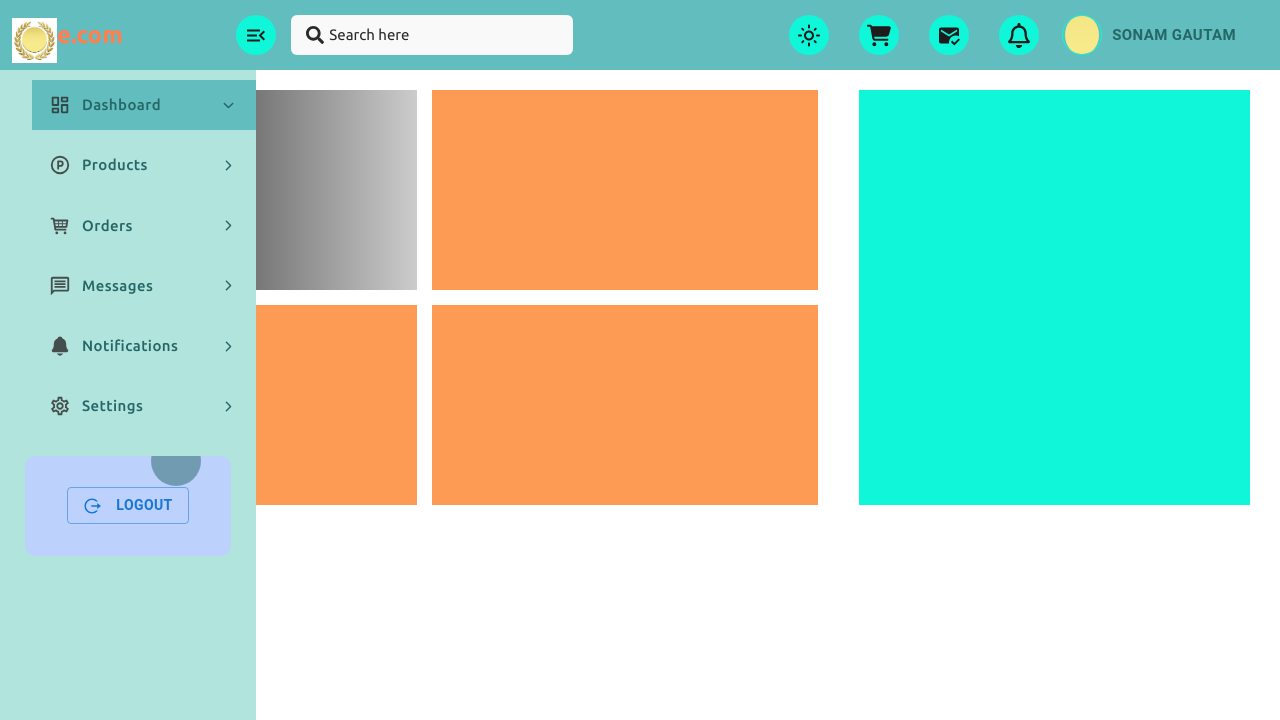
Repository: gautamsonam011/admin-react-dashboard
Page: /
An editor plug-in stored every save of this project. The page is shown before and after the next save, followed by the edit.
The browser window is 1280 px wide. The pictures show the whole page.
The project was rebuilt for these pictures with package versions that can differ from the ones it lists, and the page was loaded fresh each time.

Above is the page before, as saved 2025-04-16 13:09:42.

After the next save:
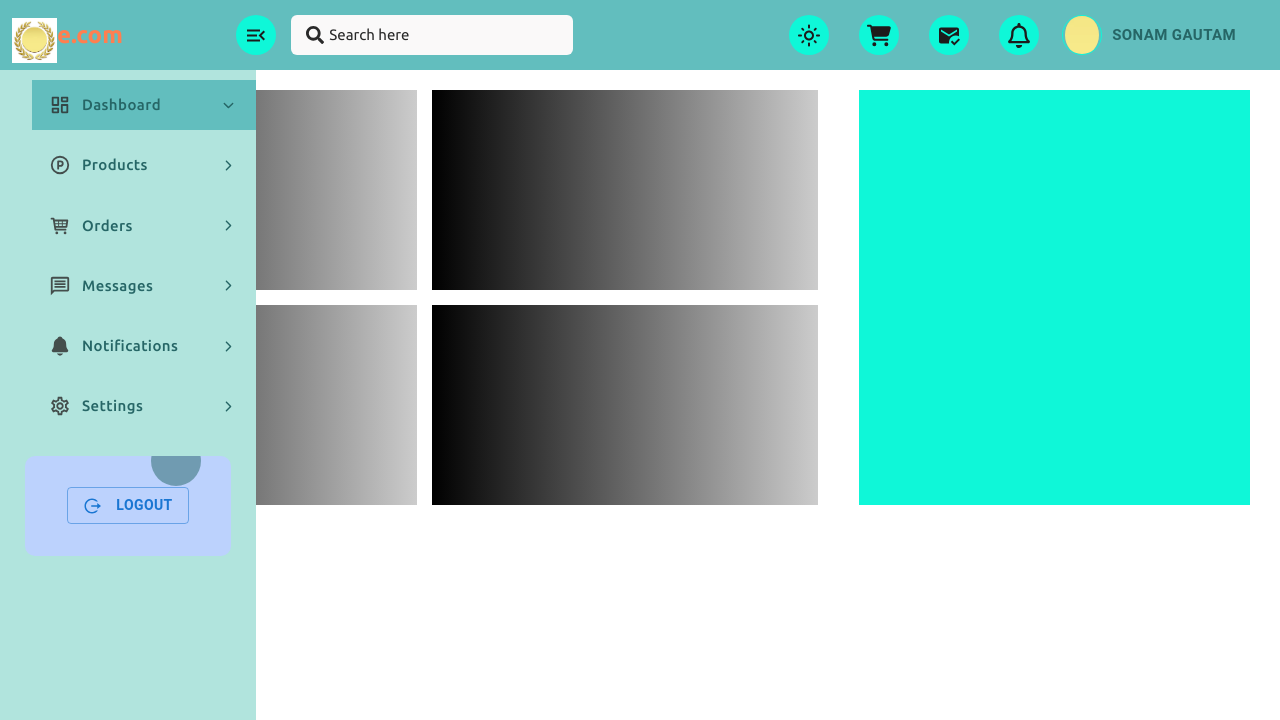
Saved 40 s later.
--- a/src/pages/Dashboard/Dashboard.jsx
+++ b/src/pages/Dashboard/Dashboard.jsx
@@ -7,9 +7,10 @@ const Dashboard = () => {
                 <div className="col-md-8">
                     <div className="dashboardBoxWrapper d-flex">
                         <DashboardBox color={["#000", "#ccc"]} />
-                        <DashboardBox/>
-                        <DashboardBox/>
-                        <DashboardBox/>
+                        <DashboardBox color={["#000", "#ccc"]} />
+                        <DashboardBox color={["#000", "#ccc"]} />
+                        <DashboardBox color={["#000", "#ccc"]} />
+
                     </div>
                 </div>
                 <div className="col-md-4 pl-0">
